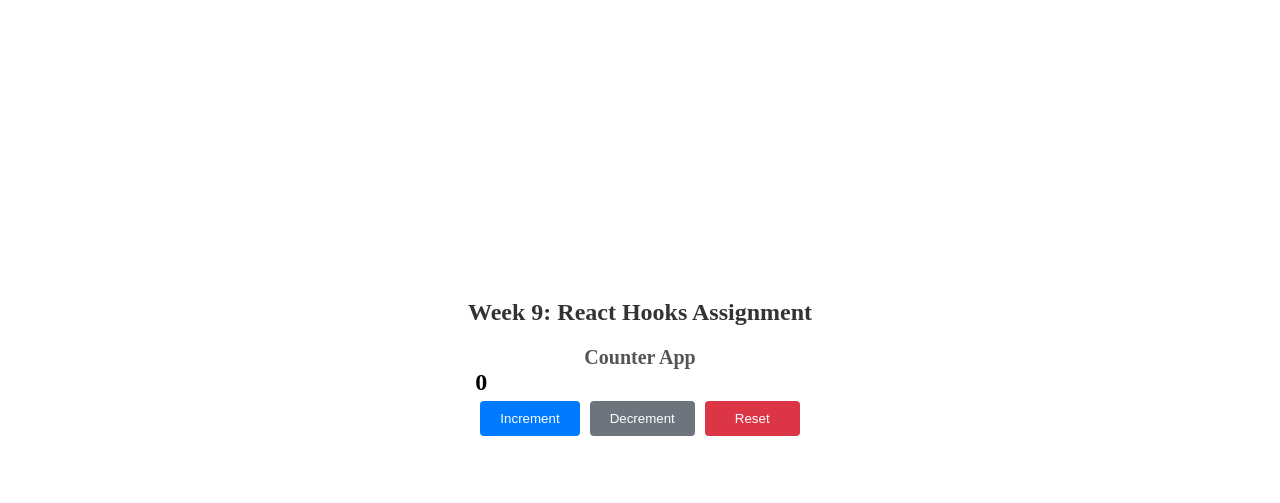
Repository: Daki-builds/REACT-HOOKS
Page: /
The author's editor kept a copy of each file at every save. The page is drawn from the files as they stood at one save, then again after the next save.
The browser window is 1280 px wide. The pictures show the whole page.
The project was rebuilt for these pictures with package versions that can differ from the ones it lists, and the page was loaded fresh each time. Also part of the build but not shown: vite.config.js, src/index.css.

Above is the page before, as saved 2026-10-28 13:45:53.

### index.html
<!doctype html>
<html lang="en">
  <head>
    <meta charset="UTF-8" />
    <link rel="icon" type="image/svg+xml" href="/favicon.svg" />
    <meta name="viewport" content="width=device-width, initial-scale=1.0" />
    <title>week9-hooks-practice</title>
  </head>
  <body>
    <div id="root"></div>
    <script type="module" src="/src/main.jsx"></script>
  </body>
</html>

### src/App.jsx
import Counter from "./components/Counter";
import "./App.css";

function App() {
  return (
    <div className="app">
      <h1 className="app-title">Week 9: React Hooks Assignment</h1>
      <Counter />
    </div>
  );
}

export default App;

### src/components/Counter.jsx
import React, { useState } from "react";

function CounterApp() {
  const [count, setCount] = useState(0);

  const increment = () => {
    setCount((Count) => Count + 1);
  };

  const decrement = () => {
    setCount((Count) => Count - 1);
  };

  const reset = () => {
    setCount(0);
  };

  return (
    <div>
      <h1 className="counter-title">Counter App</h1>
      <h2>{count}</h2>

      <div>
        <button onClick={increment} className="btn-primary">
          Increment
        </button>
        <button onClick={decrement} className=" btn-secondary">
          Decrement
        </button>
        <button onClick={reset} className="btn-danger">
          Reset
        </button>
      </div>
    </div>
  );
}

export default CounterApp;

### src/App.css
* {
  margin: 0;
  padding: 0;
}

.app {
  display: flex;
  flex-direction: column;
  align-items: center;
  justify-content: center;
  min-height: 100vh;
}

.app-title {
  text-align: center;
  margin-top: 20px;
  font-size: 24px;
  color: #333;
}
.counter-title {
  text-align: center;
  margin-top: 20px;
  font-size: 20px;
  color: #555;
}

.btn-primary {
  background-color: #007bff;
  color: white;
  border: none;
  border-radius: 4px;
  padding: 10px 20px;
  margin: 5px;
  cursor: pointer;
}

.btn-secondary {
  background-color: #6c757d;
  color: white;
  border: none;
  border-radius: 4px;
  padding: 10px 20px;
  margin: 5px;
  cursor: pointer;
}
.btn-danger {
  background-color: #dc3545;
  color: white;
  border: none;
  border-radius: 4px;
  padding: 10px 30px;
  margin: 5px;
  cursor: pointer;
}

### src/components/TodoList.jsx
import React, { useState } from "react";

function TodoList() {
  const [todos, setTodos] = useState([]);
  const [inputValue, setInputValue] = useState("");
  const handleAddTodo = (e) => {
    e.preventDefault();
    if (inputValue.trim() === "") return;

    const newTodo = {
      id: Date.now(),
      text: inputValue,
    };

    setTodos([...todos, newTodo]);
    setInputValue("");
  };

  const handleDeleteTodo = (idToDelete) => {
    const updatedTodos = todos.filter((todo) => todo.id !== idToDelete);
    setTodos(updatedTodos);
  };

  return (
    <div>
      <h2>Todo List</h2>

      <form onSubmit={handleAddTodo}>
        <input
          type="text"
          placeholder="Enter a task..."
          value={inputValue}
          onChange={(e) => setInputValue(e.target.value)}
        />
        <button type="submit">Add</button>
      </form>

      <ul>
        {todos.map((todo) => (
          <li key={todo.id}>
            <span>{todo.text}</span>
            <button onClick={() => handleDeleteTodo(todo.id)}>Delete</button>
          </li>
        ))}
      </ul>
    </div>
  );
}

export default TodoList;

Loaded but not shown: src/main.jsx (common file)

After the next save:
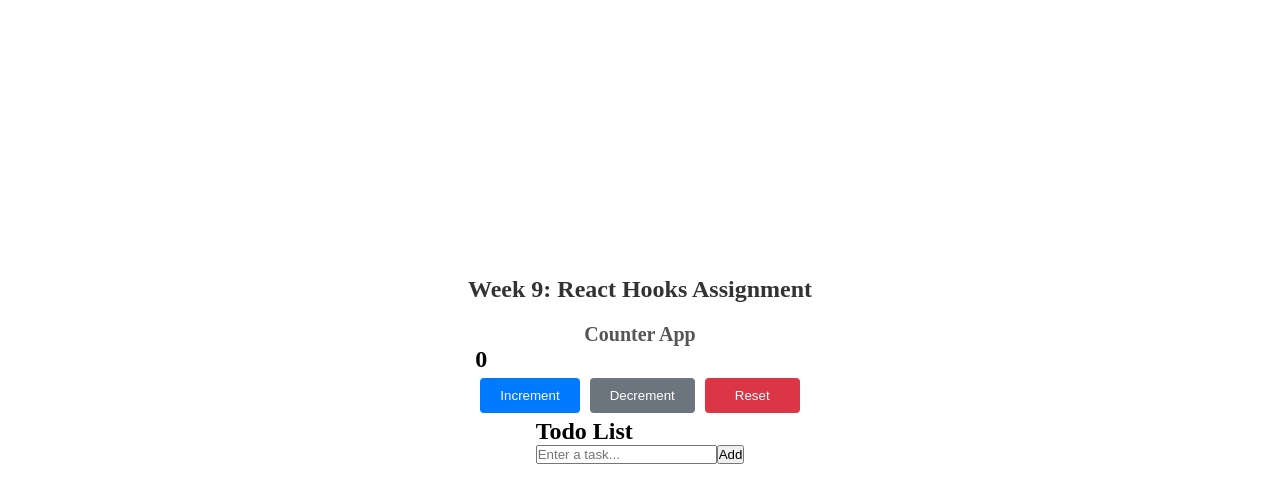
Saved 71 s later.
--- a/src/App.jsx
+++ b/src/App.jsx
@@ -1,11 +1,13 @@
 import Counter from "./components/Counter";
 import "./App.css";
+import TodoList from "./components/TodoList";
 
 function App() {
   return (
     <div className="app">
       <h1 className="app-title">Week 9: React Hooks Assignment</h1>
       <Counter />
+      <TodoList />
     </div>
   );
 }
